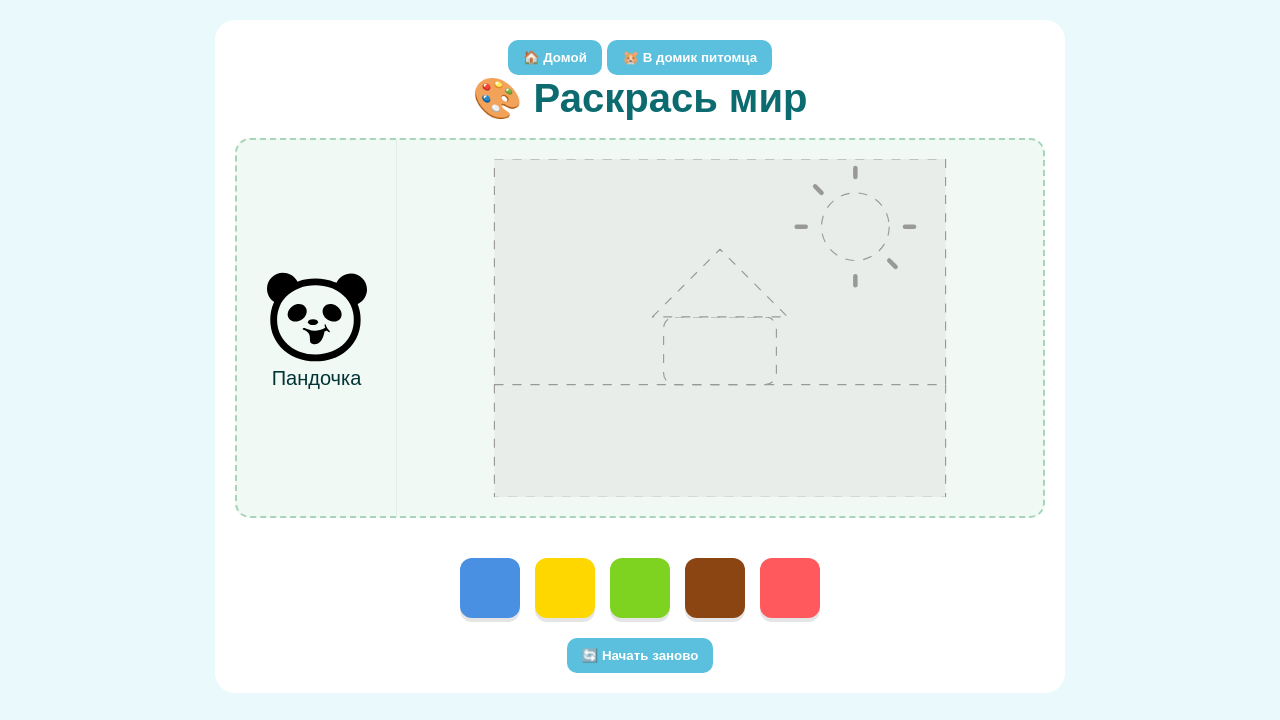
Repository: HOADF/kids-career-world
Page: games/artist/artist-game.html
The author's editor kept a copy of each file at every save. The page is drawn from the files as they stood at one save, then again after the next save.
The browser window is 1280 px wide. The pictures show the whole page.

Above is the page before, as saved 2026-03-10 13:05:45.

### games/artist/artist-game.html
<!DOCTYPE html>
<html lang="ru">
<head>
    <meta charset="UTF-8">
    <meta name="viewport" content="width=device-width, initial-scale=1.0">
    <title>Уровень 1 — Пандочка-художник</title>
    <link rel="stylesheet" href="../../style.css">
    <link rel="stylesheet" href="artist-style.css">
</head>
<body>

<div class="main-card">
    <div class="nav-buttons">
        <button class="btn-nav">🏠 Домой</button>
        <button class="btn-nav">🐹 В домик питомца</button>
    </div>

    <h1>🎨 Раскрась мир</h1>

    <div class="game-board">
        <div class="pet-side">
            <div id="speech-bubble" class="bubble hidden"></div>
            <img src="../../pets/panda.svg" alt="Panda" class="pet-img">
            <p class="pet-name">Пандочка</p>
        </div>

        <div class="canvas-area">
            <svg viewBox="0 0 200 150" id="paint-svg">
                <rect id="sky" class="paint-area" data-correct="blue" data-name="Небо" x="0" y="0" width="200" height="100" />

                <rect id="ground" class="paint-area" data-correct="green" data-name="Травка" x="0" y="100" width="200" height="50" />

                <g id="sun-group" class="paint-area" data-correct="yellow" data-name="Солнышко">
                    <circle cx="160" cy="30" r="15" />
                    <line x1="160" y1="8" x2="160" y2="2" stroke-width="2" stroke-linecap="round" />
                    <line x1="160" y1="52" x2="160" y2="58" stroke-width="2" stroke-linecap="round" />
                    <line x1="138" y1="30" x2="132" y2="30" stroke-width="2" stroke-linecap="round" />
                    <line x1="182" y1="30" x2="188" y2="30" stroke-width="2" stroke-linecap="round" />
                    <line x1="145" y1="15" x2="141" y2="11" stroke-width="2" stroke-linecap="round" />
                    <line x1="175" y1="45" x2="179" y2="49" stroke-width="2" stroke-linecap="round" />
                </g>

                <rect id="house" class="paint-area" data-correct="brown" data-name="Стены" x="75" y="70" width="50" height="30" rx="5" ry="5" />

                <path id="roof" class="paint-area" data-correct="red" data-name="Крыша" d="M70 70 L100 40 L130 70 Z" stroke-linejoin="round" />
            </svg>
        </div>
    </div>

    <div class="palette">
        <div class="color-item" id="blue" data-color="blue" data-hex="#4A90E2" style="background-color: #4A90E2;"></div>
        <div class="color-item" id="yellow" data-color="yellow" data-hex="#FFD700" style="background-color: #FFD700;"></div>
        <div class="color-item" id="green" data-color="green" data-hex="#7ED321" style="background-color: #7ED321;"></div>
        <div class="color-item" id="brown" data-color="brown" data-hex="#8B4513" style="background-color: #8B4513;"></div>
        <div class="color-item" id="red" data-color="red" data-hex="#FF595E" style="background-color: #FF595E;"></div>
    </div>

    <div class="bottom-nav">
        <button onclick="location.reload()" class="btn-action">🔄 Начать заново</button>
        <button id="finish-btn" class="btn-action hidden">🏠 На главную</button>
    </div>
</div>

<script src="artist-game.js"></script>
</body>
</html>

### style.css
/* ---------- Базовые стили ---------- */

:root {
  --color-bg: #eaf9fb;
  --color-accent: #ffb44a;
  --color-text: #023436;
  --color-subtle: #0b6b6f;
  --color-white: #ffffff;

  --transition-fast: 0.3s ease;
  --transition-slow: 0.6s ease;
}

* {
  box-sizing: border-box;
  margin: 0;
  padding: 0;
}

html, body {
  width: 100%;
  height: 100%;
  font-family: system-ui, "Segoe UI", Roboto, sans-serif;
  color: var(--color-text);
  background-color: var(--color-bg);
  overflow-x: hidden;
}

.hidden {
  display: none !important;
}

/* ---------- Фон ---------- */

.background-decor {
  position: fixed;
  top: 0;
  left: 0;
  width: 100%;
  height: 100%;
  background: linear-gradient(180deg, #eaf9fb 0%, #f8ffff 100%);
  z-index: -1;
}

/* ---------- Структура ---------- */

.page-root {
  display: flex;
  flex-direction: column;
  align-items: center;
  justify-content: center;
  padding: 2rem;
  min-height: 100vh;
}

.welcome-card,
.questions-card,
.result-card {
  background: var(--color-white);
  border-radius: 24px;
  box-shadow: 0 6px 20px rgba(0, 0, 0, 0.08);
  max-width: 900px;
  width: 100%;
  padding: 2rem 3rem;
  display: flex;
  flex-direction: column;
  justify-content: center;
  animation: fadeIn var(--transition-slow);
}

.welcome-inner {
  display: flex;
  align-items: center;
  gap: 2rem;
  flex-wrap: wrap;
  justify-content: center;
}

/* ---------- Пингвинёнок ---------- */

.pet-visual {
  flex: 0 0 180px;
  animation: breathe 4s ease-in-out infinite;
}

@keyframes breathe {
  0%, 100% { transform: translateY(0); }
  50% { transform: translateY(-4px); }
}

/* ---------- Текст и кнопки ---------- */

.welcome-text {
  flex: 1 1 400px;
  text-align: left;
}

h1, h2 {
  font-weight: 700;
  color: var(--color-subtle);
  margin-bottom: 1rem;
}

.lead {
  font-size: 1.1rem;
  line-height: 1.6;
  margin-bottom: 1.5rem;
}

.controls {
  display: flex;
  gap: 1rem;
  flex-wrap: wrap;
  margin-bottom: 1rem;
}

.btn-primary,
.btn-ghost {
  font-size: 1rem;
  border-radius: 12px;
  padding: 0.8rem 1.6rem;
  cursor: pointer;
  transition: all var(--transition-fast);
  border: none;
}

.btn-primary {
  background: var(--color-accent);
  color: var(--color-white);
}

.btn-primary:hover {
  background: #ff9f1a;
  transform: translateY(-2px);
}

.btn-ghost {
  background: transparent;
  color: var(--color-subtle);
  border: 2px solid var(--color-subtle);
}

.btn-ghost:hover {
  background: var(--color-subtle);
  color: var(--color-white);
  transform: translateY(-2px);
}

.small {
  padding: 0.5rem 1rem;
  font-size: 0.9rem;
}

.meta-note {
  font-size: 0.9rem;
  color: #555;
  opacity: 0.8;
}

/* ---------- Опрос ---------- */

.questions-inner {
  display: flex;
  flex-direction: column;
  align-items: center;
  gap: 1rem;
}

.progress {
  font-size: 0.95rem;
  color: #666;
}

.question-title {
  font-size: 1.2rem;
  text-align: center;
  margin-bottom: 1rem;
}

.answers {
  display: flex;
  flex-direction: column;
  gap: 0.8rem;
  width: 100%;
  max-width: 600px;
}

.answers button {
  background: var(--color-bg);
  border: 2px solid transparent;
  border-radius: 12px;
  padding: 0.8rem 1.2rem;
  text-align: left;
  transition: all var(--transition-fast);
  font-size: 1rem;
}

.answers button:hover {
  border-color: var(--color-accent);
  background: #fff8f0;
  transform: translateY(-1px);
}

.answers button.selected {
  border-color: var(--color-accent);
  background: #fff1de;
}

.nav-row {
  display: flex;
  justify-content: space-between;
  width: 100%;
  max-width: 600px;
  margin-top: 1rem;
}

/* ---------- Результат ---------- */

.result-inner {
  display: flex;
  flex-direction: column;
  align-items: center;
  text-align: center;
  gap: 1rem;
}

.result-pet {
  margin-top: 1rem;
  font-size: 1.1rem;
}

.result-games {
  font-size: 1rem;
  color: #333;
}

.result-controls {
  display: flex;
  gap: 1rem;
  margin-top: 1rem;
}

/* ---------- Анимации ---------- */

@keyframes fadeIn {
  from { opacity: 0; transform: translateY(20px); }
  to { opacity: 1; transform: translateY(0); }
}

/* ---------- Адаптивность ---------- */

@media (max-width: 700px) {
  .welcome-card {
    padding: 1.5rem;
  }
  .welcome-inner {
    flex-direction: column;
    text-align: center;
  }
  .controls {
    justify-content: center;
  }
}
/* ========================== */
/* 📱 АДАПТИВНОСТЬ ПОД УСТРОЙСТВА */
/* ========================== */

/* --- Маленькие телефоны (до 480px) --- */
@media (max-width: 480px) {
  body {
    font-size: 14px;
    padding: 0.5rem;
  }

  .welcome-card,
  .questions-card,
  .result-card {
    padding: 1rem;
    border-radius: 1rem;
  }

  .welcome-card h1 {
    font-size: 1.4rem;
    line-height: 1.4;
  }

  .welcome-text p {
    font-size: 0.95rem;
  }

  .controls {
    flex-direction: column;
    gap: 0.75rem;
  }

  button {
    width: 100%;
    font-size: 1rem;
    padding: 0.8rem;
  }

  .pet-visual {
    width: 120px;
    height: 120px;
  }
}

/* --- Средние экраны: планшеты (481px–768px) --- */
@media (min-width: 481px) and (max-width: 768px) {
  body {
    font-size: 16px;
    padding: 1rem;
  }

  .welcome-card,
  .questions-card,
  .result-card {
    padding: 1.5rem;
  }

  .welcome-card h1 {
    font-size: 1.8rem;
  }

  .welcome-text p {
    font-size: 1rem;
  }

  button {
    font-size: 1rem;
    padding: 0.9rem 1.2rem;
  }

  .pet-visual {
    width: 150px;
    height: 150px;
  }
}

/* --- Ноутбуки и большие экраны (769px–1200px) --- */
@media (min-width: 769px) and (max-width: 1200px) {
  body {
    font-size: 18px;
    padding: 1.5rem;
  }

  .welcome-card,
  .questions-card,
  .result-card {
    padding: 2rem;
  }

  .welcome-card h1 {
    font-size: 2rem;
  }

  .pet-visual {
    width: 180px;
    height: 180px;
  }
}

/* --- Очень большие экраны (1200px+) --- */
@media (min-width: 1201px) {
  body {
    font-size: 20px;
    max-width: 960px;
    margin: 0 auto;
  }

  .welcome-card,
  .questions-card,
  .result-card {
    border-radius: 2rem;
  }

  .pet-visual {
    width: 200px;
    height: 200px;
  }
}

### games/artist/artist-style.css
.main-card {
    max-width: 850px;
    margin: 20px auto;
    padding: 20px;
    background: white;
    border-radius: 20px;
    display: flex;
    flex-direction: column;
    align-items: center;
    font-family: sans-serif;
}

.game-board {
    display: flex;
    width: 100%;
    height: 380px;
    background: #f0f9f4;
    border: 2px dashed #a8d5ba;
    border-radius: 15px;
    margin-bottom: 20px;
    position: relative;
}

.pet-side {
    width: 160px;
    display: flex;
    flex-direction: column;
    justify-content: center;
    align-items: center;
    position: relative; /* Важно для облачка */
    border-right: 1px solid #e0eee6;
}

.pet-img {
    width: 100px;
    height: auto;
}

/* Облачко с текстом */
.bubble {
    position: absolute;
    top: 20px;
    left: 50%;
    transform: translateX(-50%);
    background: white;
    border: 2px solid #333;
    padding: 8px 12px;
    border-radius: 15px;
    font-size: 14px;
    font-weight: bold;
    white-space: nowrap;
    z-index: 10;
}

.bubble::after {
    content: '';
    position: absolute;
    bottom: -10px;
    left: 50%;
    transform: translateX(-50%);
    border: 5px solid transparent;
    border-top-color: #333;
}

.canvas-area {
    flex-grow: 1;
    display: flex;
    justify-content: center;
    align-items: center;
}

#paint-svg {
    width: 100%;
    height: 90%;
}

.paint-area {
    fill: #e8edea;
    stroke: #999;
    stroke-width: 0.5;
    stroke-dasharray: 4;
    cursor: pointer;
    transition: 0.3s;
}

.palette {
    display: flex;
    gap: 15px;
    padding: 20px;
}

.color-item {
    width: 60px;
    height: 60px;
    border-radius: 12px;
    cursor: pointer;
    box-shadow: 0 4px 0 rgba(0,0,0,0.1);
}

.color-item.selected {
    border: 3px solid #333;
    transform: translateY(-3px);
}

.color-item.used {
    opacity: 0.3;
    pointer-events: none;
}

.hidden { display: none; }

.btn-nav, .btn-action {
    background: #5bc0de;
    color: white;
    border: none;
    padding: 10px 15px;
    border-radius: 10px;
    cursor: pointer;
    font-weight: bold;
}

### games/artist/artist-game.js
document.addEventListener('DOMContentLoaded', () => {
    let selectedColor = null;
    let selectedHex = null;
    let selectedId = null;

    const bubble = document.getElementById('speech-bubble');
    const colorItems = document.querySelectorAll('.color-item');
    const areas = document.querySelectorAll('.paint-area');
    const finishBtn = document.getElementById('finish-btn');

    function pandaSay(text) {
        bubble.innerText = text;
        bubble.classList.remove('hidden');
        setTimeout(() => bubble.classList.add('hidden'), 3000);
    }

    colorItems.forEach(item => {
        item.addEventListener('click', () => {
            colorItems.forEach(i => i.classList.remove('selected'));
            selectedColor = item.getAttribute('data-color');
            selectedHex = item.getAttribute('data-hex');
            selectedId = item.id;
            item.classList.add('selected');
        });
    });

    areas.forEach(area => {
        area.addEventListener('click', () => {
            if (!selectedColor) {
                pandaSay("Выбери краску внизу! 🎨");
                return;
            }

            const correct = area.getAttribute('data-correct');
            const areaName = area.getAttribute('data-name');

            if (selectedColor === correct) {
                // ПРАВИЛЬНО
                area.style.fill = selectedHex;
                area.style.strokeDasharray = "0";
                area.style.stroke = "none";

                document.getElementById(selectedId).classList.add('used');
                selectedColor = null;

                pandaSay("Красота! Идём дальше?");
                checkWin();
            } else {
                // ОШИБКА
                pandaSay(`${areaName} не бывает такого цвета...`);
                // Эффект тряски для объекта
                area.style.fill = "#ffcccc";
                setTimeout(() => area.style.fill = "#e8edea", 400);
            }
        });
    });

    function checkWin() {
        const remaining = document.querySelectorAll('.color-item:not(.used)');
        if (remaining.length === 0) {
            finishBtn.classList.remove('hidden');
            pandaSay("Ура! Мы нарисовали шедевр! 🐼✨");
        }
    }
});

After the next save:
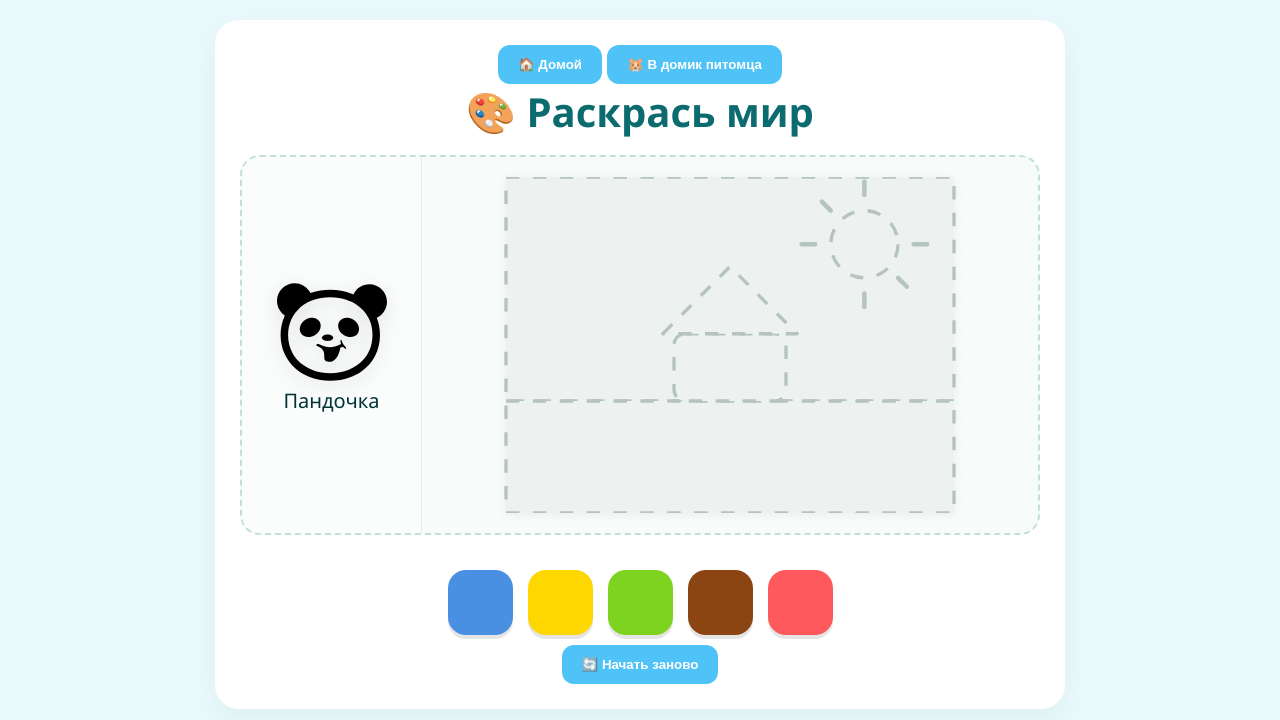
Saved 20 s later.
--- a/games/artist/artist-style.css
+++ b/games/artist/artist-style.css
@@ -1,65 +1,60 @@
 .main-card {
     max-width: 850px;
     margin: 20px auto;
-    padding: 20px;
-    background: white;
-    border-radius: 20px;
+    padding: 25px;
+    background: #ffffff;
+    border-radius: 24px;
+    box-shadow: 0 10px 30px rgba(0,0,0,0.05);
     display: flex;
     flex-direction: column;
     align-items: center;
-    font-family: sans-serif;
+    font-family: 'Segoe UI', Tahoma, Geneva, Verdana, sans-serif;
 }
 
 .game-board {
     display: flex;
     width: 100%;
     height: 380px;
-    background: #f0f9f4;
-    border: 2px dashed #a8d5ba;
-    border-radius: 15px;
-    margin-bottom: 20px;
+    background: #f7fbf9;
+    border: 2px dashed #c2e2d0;
+    border-radius: 20px;
+    margin-bottom: 25px;
     position: relative;
+    overflow: hidden;
 }
 
 .pet-side {
-    width: 160px;
+    width: 180px;
     display: flex;
     flex-direction: column;
     justify-content: center;
     align-items: center;
-    position: relative; /* Важно для облачка */
+    background: rgba(255,255,255,0.5);
     border-right: 1px solid #e0eee6;
+    position: relative;
 }
 
 .pet-img {
-    width: 100px;
+    width: 110px;
     height: auto;
+    filter: drop-shadow(0 5px 10px rgba(0,0,0,0.1));
 }
 
-/* Облачко с текстом */
 .bubble {
     position: absolute;
-    top: 20px;
+    top: 30px;
     left: 50%;
     transform: translateX(-50%);
     background: white;
-    border: 2px solid #333;
-    padding: 8px 12px;
-    border-radius: 15px;
+    border: 2px solid #4A90E2;
+    padding: 10px 15px;
+    border-radius: 18px;
     font-size: 14px;
-    font-weight: bold;
+    font-weight: 700;
+    color: #333;
+    box-shadow: 0 4px 12px rgba(0,0,0,0.1);
+    z-index: 20;
     white-space: nowrap;
-    z-index: 10;
-}
-
-.bubble::after {
-    content: '';
-    position: absolute;
-    bottom: -10px;
-    left: 50%;
-    transform: translateX(-50%);
-    border: 5px solid transparent;
-    border-top-color: #333;
 }
 
 .canvas-area {
@@ -67,54 +62,57 @@
     display: flex;
     justify-content: center;
     align-items: center;
+    padding: 20px;
 }
 
 #paint-svg {
     width: 100%;
-    height: 90%;
+    height: 100%;
+    filter: drop-shadow(0 2px 5px rgba(0,0,0,0.05));
 }
 
 .paint-area {
-    fill: #e8edea;
-    stroke: #999;
-    stroke-width: 0.5;
-    stroke-dasharray: 4;
+    fill: #edf2f0;
+    stroke: #b5c4bd;
+    stroke-width: 1.5;
+    stroke-dasharray: 6;
     cursor: pointer;
-    transition: 0.3s;
+    transition: all 0.4s ease;
+}
+
+/* Лучи солнца тоже должны подсвечиваться */
+#sun-group line {
+    stroke: #b5c4bd;
 }
 
 .palette {
     display: flex;
     gap: 15px;
-    padding: 20px;
+    padding: 10px;
 }
 
 .color-item {
-    width: 60px;
-    height: 60px;
-    border-radius: 12px;
+    width: 65px;
+    height: 65px;
+    border-radius: 18px;
     cursor: pointer;
+    transition: transform 0.2s, box-shadow 0.2s;
     box-shadow: 0 4px 0 rgba(0,0,0,0.1);
 }
 
-.color-item.selected {
-    border: 3px solid #333;
-    transform: translateY(-3px);
-}
-
-.color-item.used {
-    opacity: 0.3;
-    pointer-events: none;
-}
+.color-item:hover { transform: scale(1.05); }
+.color-item.selected { border: 4px solid #333; transform: translateY(-5px); }
+.color-item.used { opacity: 0.2; pointer-events: none; }
 
 .hidden { display: none; }
 
 .btn-nav, .btn-action {
-    background: #5bc0de;
+    background: #4fc3f7;
     color: white;
     border: none;
-    padding: 10px 15px;
-    border-radius: 10px;
+    padding: 12px 20px;
+    border-radius: 12px;
+    font-weight: bold;
     cursor: pointer;
-    font-weight: bold;
+    transition: background 0.3s;
 }
